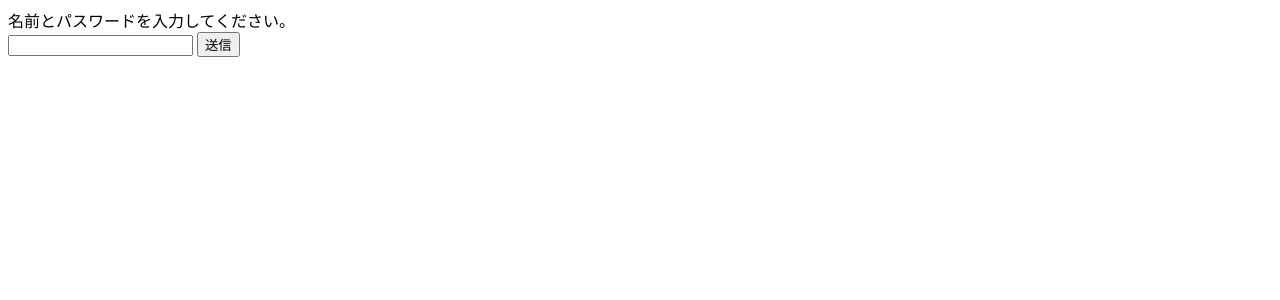
Repository: okinaga/internous
Page: http://localhost/HelloServlet/welcome.jsp
The author's editor kept a copy of each file at every save. The page is drawn from the files as they stood at one save, then again after the next save.
The browser window is 1280 px wide. The pictures show the whole page.
The page is served by Tomcat 9.

Above is the page before, as saved 2018-09-19 11:36:44.

After the next save:
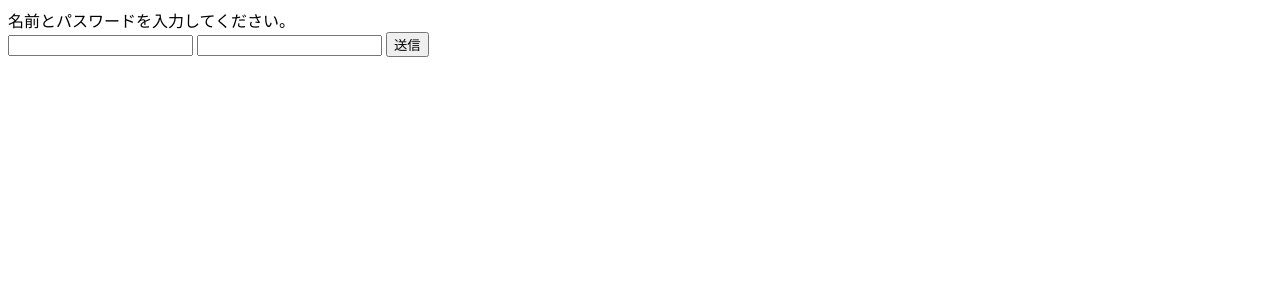
Saved 34 s later.
--- a/HelloServlet/WebContent/welcome.jsp
+++ b/HelloServlet/WebContent/welcome.jsp
@@ -8,7 +8,8 @@
 </head>
 <body>
 名前とパスワードを入力してください。
-<form type="text" name="username">
+<form method="post" action="WelcomeServlet">
+<input type="text" name="username">
 <input type="password" name="password">
 <input type="submit" value="送信">
 </form>
